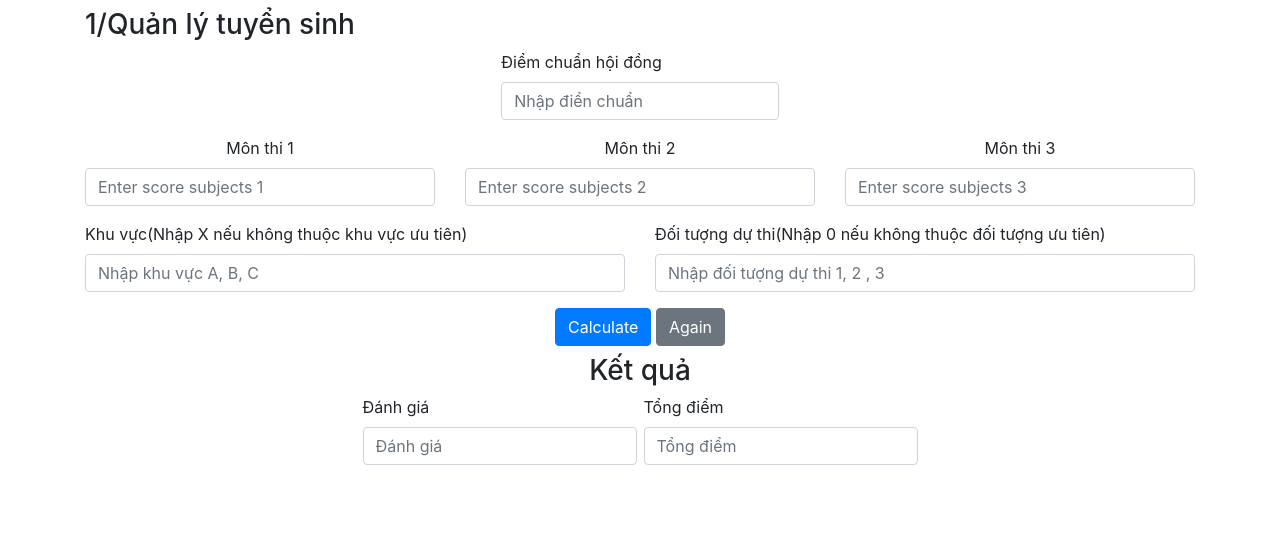
Repository: baobaodeveloper/bootcamp21__jsbasic4_HuynhAnhBao
Page: index.html
These files come from the project's save history. The page is drawn as it stood at one moment and after the next save; the edit follows.
The browser window is 1280 px wide. The pictures show the whole page.

Above is the page before, as saved 2022-03-13 19:12:28.

### index.html
<!DOCTYPE html>
<html lang="en">
  <head>
    <title>Exercise3</title>
    <!-- Required meta tags -->
    <meta charset="utf-8" />
    <meta
      name="viewport"
      content="width=device-width, initial-scale=1, shrink-to-fit=no"
    />

    <!-- Bootstrap CSS -->
    <link
      rel="stylesheet"
      href="https://stackpath.bootstrapcdn.com/bootstrap/4.3.1/css/bootstrap.min.css"
      integrity="sha384-ggOyR0iXCbMQv3Xipma34MD+dH/1fQ784/j6cY/iJTQUOhcWr7x9JvoRxT2MZw1T"
      crossorigin="anonymous"
    />
  </head>
  <body>
    <!-- 1/Quản lý tuyển sinh -->
    <div class="container mt-2">
      <h3>1/Quản lý tuyển sinh</h3>

      <div class="mb-3 w-25 m-auto">
        <label>Điểm chuẩn hội đồng</label>
        <input
          type="number"
          class="form-control"
          id="score"
          placeholder="Nhập điển chuẩn"
        />
      </div>

      <div class="row mt-3 text-center">
        <div class="col">
          <label>Môn thi 1</label>
          <input
            type="number"
            class="form-control"
            id="score1"
            placeholder="Enter score subjects 1"
          />
        </div>
        <div class="col">
          <label>Môn thi 2</label>
          <input
            type="number"
            class="form-control"
            id="score2"
            placeholder="Enter score subjects 2"
          />
        </div>
        <div class="col">
          <label>Môn thi 3</label>
          <input
            type="number"
            class="form-control"
            id="score3"
            placeholder="Enter score subjects 3"
          />
        </div>
      </div>

      <div class="row mt-3">
        <div class="col">
          <label>Khu vực(Nhập X nếu không thuộc khu vực ưu tiên)</label>
          <input
            type="text"
            class="form-control"
            placeholder="Nhập khu vực A, B, C"
            id="area"
          />
        </div>
        <div class="col">
          <label
            >Đối tượng dự thi(Nhập 0 nếu không thuộc đối tượng ưu tiên)</label
          >
          <input
            type="number"
            class="form-control"
            placeholder="Nhập đối tượng dự thi 1, 2 , 3"
            id="object"
          />
        </div>
      </div>

      <div class="text-center mt-3">
        <button type="button" class="btn btn-primary" id="scoreBtn">
          Calculate
        </button>
        <button type="button" class="btn btn-secondary" id="score-btn-again">
          Again
        </button>
      </div>

      <h3 class="text-center mt-2">Kết quả</h3>

      <div class="mb-3 w-50 d-flex m-auto justify-content-between">
        <div>
          <label>Đánh giá</label>
          <input
            type="email"
            class="form-control"
            placeholder="Đánh giá"
            id="evaluate"
          />
        </div>

        <div>
          <label>Tổng điểm</label>
          <input
            type="email"
            class="form-control"
            placeholder="Tổng điểm"
            id="total-score"
          />
        </div>
      </div>
    </div>

    <!-- 2/Tính tiền điện -->
    <div class="container"></div>
    <!-- Optional JavaScript -->
    <!-- jQuery first, then Popper.js, then Bootstrap JS -->
    <script
      src="https://code.jquery.com/jquery-3.3.1.slim.min.js"
      integrity="sha384-q8i/X+965DzO0rT7abK41JStQIAqVgRVzpbzo5smXKp4YfRvH+8abtTE1Pi6jizo"
      crossorigin="anonymous"
    ></script>
    <script
      src="https://cdnjs.cloudflare.com/ajax/libs/popper.js/1.14.7/umd/popper.min.js"
      integrity="sha384-UO2eT0CpHqdSJQ6hJty5KVphtPhzWj9WO1clHTMGa3JDZwrnQq4sF86dIHNDz0W1"
      crossorigin="anonymous"
    ></script>
    <script
      src="https://stackpath.bootstrapcdn.com/bootstrap/4.3.1/js/bootstrap.min.js"
      integrity="sha384-JjSmVgyd0p3pXB1rRibZUAYoIIy6OrQ6VrjIEaFf/nJGzIxFDsf4x0xIM+B07jRM"
      crossorigin="anonymous"
    ></script>

    <script src="exercise1.js"></script>
  </body>
</html>

### exercise1.js
const score = document.getElementById("score");
const score1 = document.getElementById("score1");
const score2 = document.getElementById("score2");
const score3 = document.getElementById("score3");
const area = document.getElementById("area");
const objectStudent = document.getElementById("object");
const scoreBtn = document.getElementById("scoreBtn");
const scoreBtnAgain = document.getElementById("score-btn-again");
const evaluate = document.getElementById("evaluate");
const totalScore = document.getElementById("total-score");

scoreBtn.addEventListener("click", () => {
  if (!score.value || !score1.value || !score2.value || !score3.value) return;
  const scoreValue = +score.value;
  const score1Value = +score1.value;
  const score2Value = +score2.value;
  const score3Value = +score3.value;
  if (
    scoreValue <= 0 ||
    scoreValue > 30 ||
    score1Value < 0 ||
    score1Value > 10 ||
    score2Value < 0 ||
    score2Value > 10 ||
    score3Value < 0 ||
    score3Value > 10
  )
    return alert("Enter score invalid");
  if (score1Value === 0 || score2Value === 0 || score3Value === 0)
    return (evaluate.value = "Không Đạt");

  const scoreArea = areas();
  const scoreObjectStudent = objectStudents();

  const scoreTotalStudent =
    score1Value + score2Value + score3Value + scoreArea + scoreObjectStudent;

  if (scoreTotalStudent >= scoreValue) {
    evaluate.value = "Đạt";
  } else {
    evaluate.value = "Không Đạt";
  }
  totalScore.value = scoreTotalStudent;
});

const areas = () => {
  if (!area.value) return;
  const areaValue = area.value.toUpperCase();
  if (areaValue === "X") {
    return 0;
  } else if (areaValue === "A") {
    return 2;
  } else if (areaValue === "B") {
    return 1;
  } else if (areaValue === "C") {
    return 0.5;
  } else {
    return 0;
  }
};

const objectStudents = () => {
  if (!objectStudent) return;
  const objecStudenttValue = +object.value;

  if (objecStudenttValue === 0) {
    return 0;
  } else if (objecStudenttValue === 1) {
    return 2.5;
  } else if (objecStudenttValue === 2) {
    return 1.5;
  } else if (objecStudenttValue === 3) {
    return 1;
  } else {
    return 0;
  }
};

scoreBtnAgain.addEventListener("click", () => {
  score.value = "";
  score1.value = "";
  score2.value = "";
  score3.value = "";
  area.value = "";
  objectStudent.value = "";
  totalScore.value = "";
  evaluate.value = "";
});

After the next save:
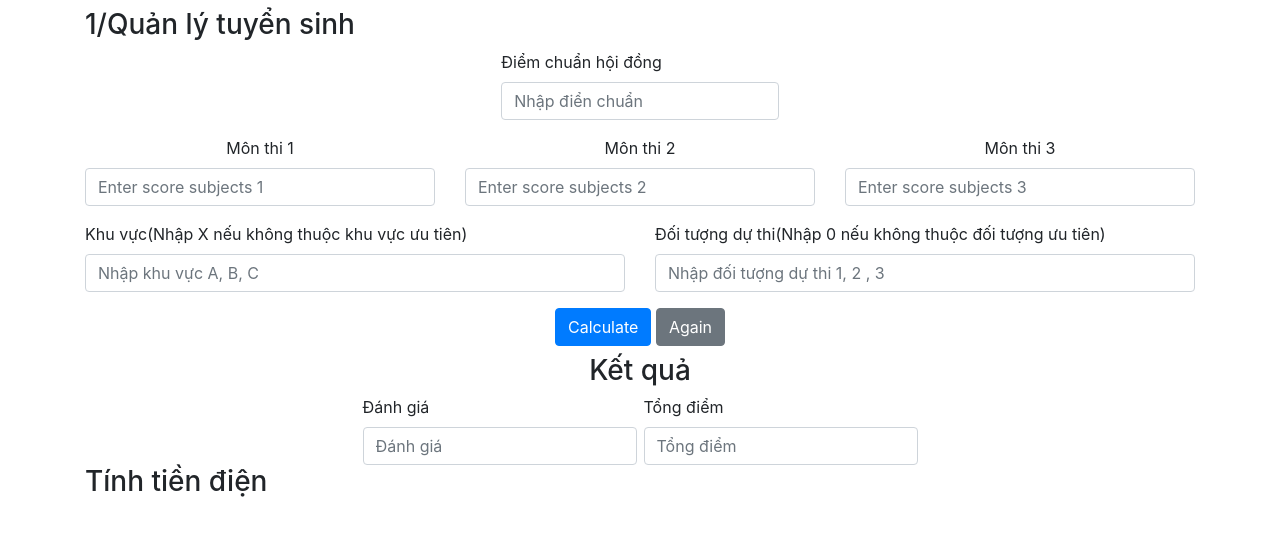
Saved 24 s later.
--- a/index.html
+++ b/index.html
@@ -120,7 +120,9 @@
     </div>
 
     <!-- 2/Tính tiền điện -->
-    <div class="container"></div>
+    <div class="container">
+      <h3>Tính tiền điện</h3>
+    </div>
     <!-- Optional JavaScript -->
     <!-- jQuery first, then Popper.js, then Bootstrap JS -->
     <script
